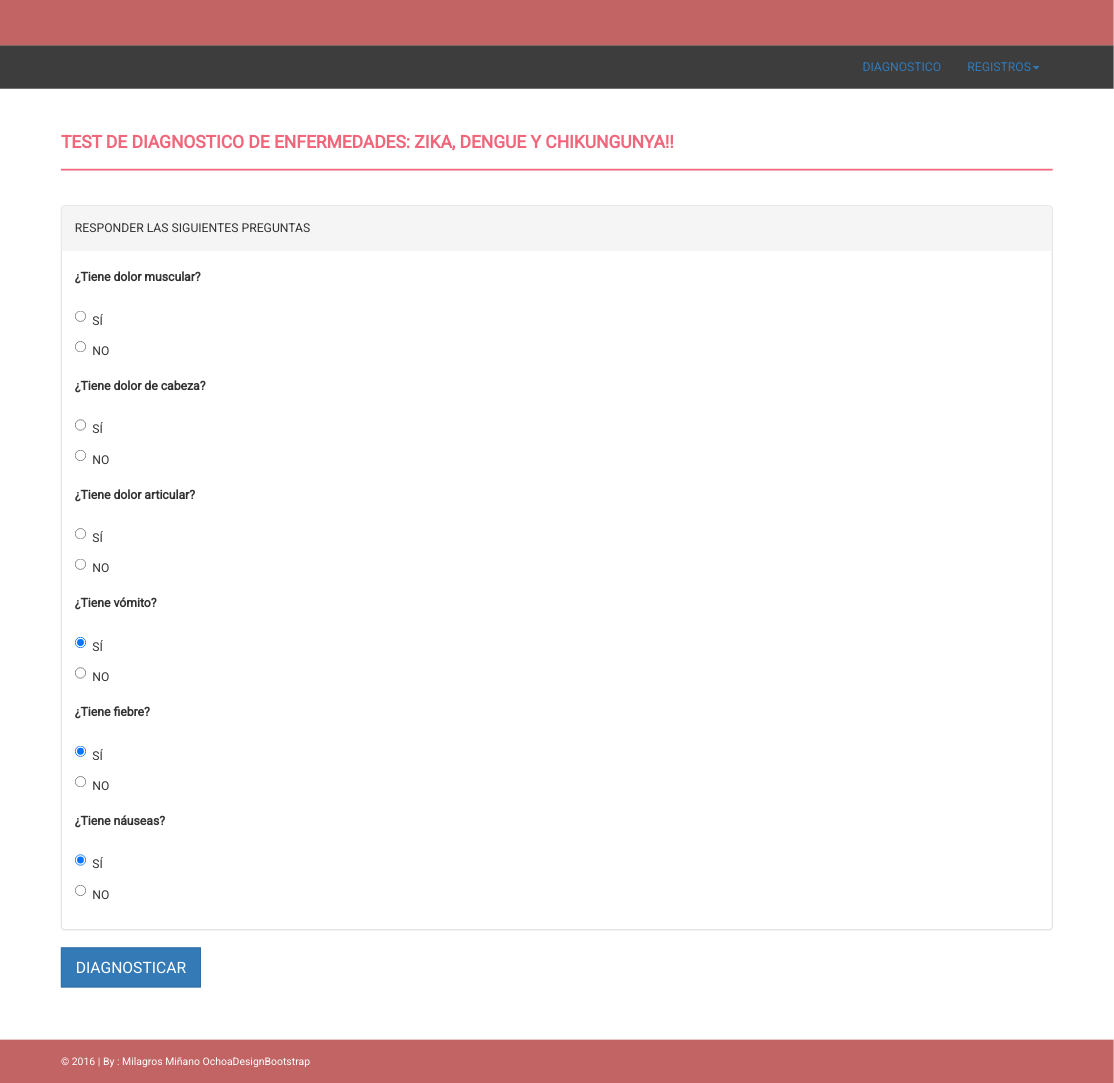
Repository: Mili10/PROYECTOII
Page: http://localhost/Capa_Presentacion/frmCuestionario.jsp
The author's editor kept a copy of each file at every save. The page is drawn from the files as they stood at one save, then again after the next save.
The browser window is 1280 px wide. The pictures show the whole page, at 87% of full size.
The page is served by Tomcat 9.

Above is the page before, as saved 2016-07-02 20:56:31.

After the next save:
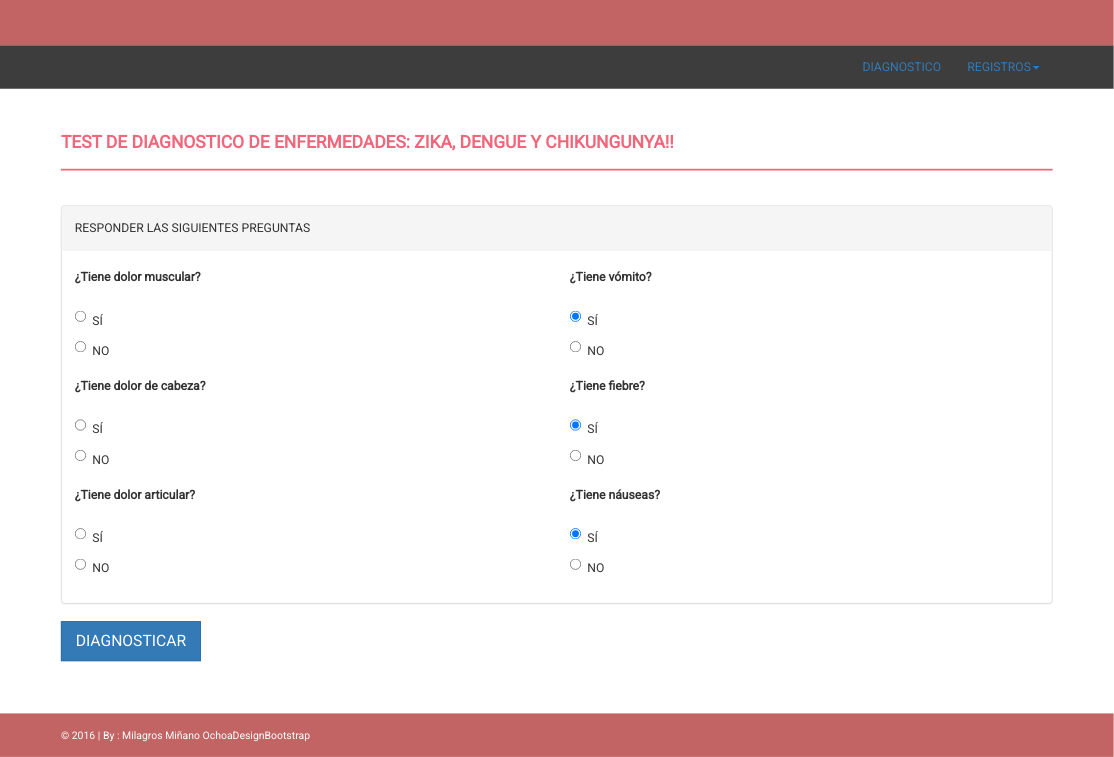
Saved 2 min 13 s later.
--- a/sistema_experto_web/Capa_Presentacion/WebContent/frmCuestionario.jsp
+++ b/sistema_experto_web/Capa_Presentacion/WebContent/frmCuestionario.jsp
@@ -81,8 +81,10 @@
 								  </label>
 								</div>
 							</form>
+						</div>
 
-							<form>
+						 <div class="col-md-6">
+	                       <form>
 								<div class="form-group">
 								    <label for="exampleInputEmail1">¿Tiene vómito?</label>
 								</div>
@@ -136,6 +138,7 @@
 								</div>
 							</form>
 						 </div>
+
                      </div>
                      </div>
 
